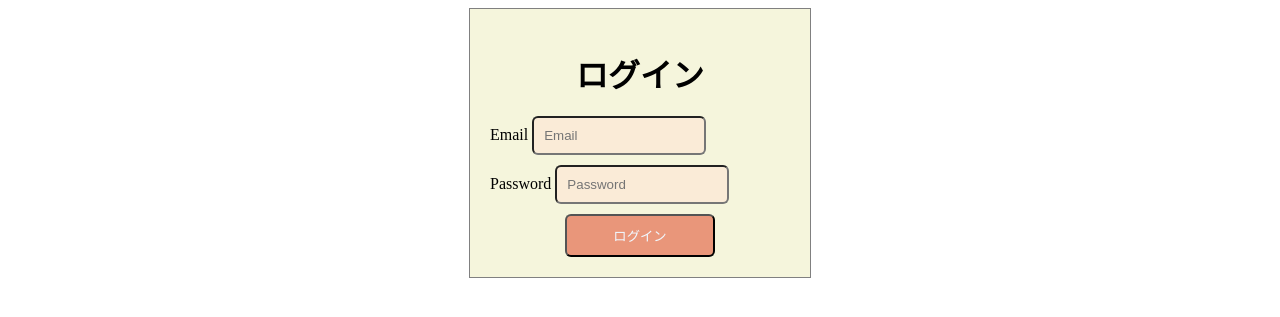
Repository: Jutta197/blog_0815
Page: src/main/resources/static/login.html
An editor plug-in stored every save of this project. The page is shown before and after the next save, followed by the edit.
The browser window is 1280 px wide. The pictures show the whole page.

Above is the page before, as saved 2023-08-15 11:28:03.

After the next save:
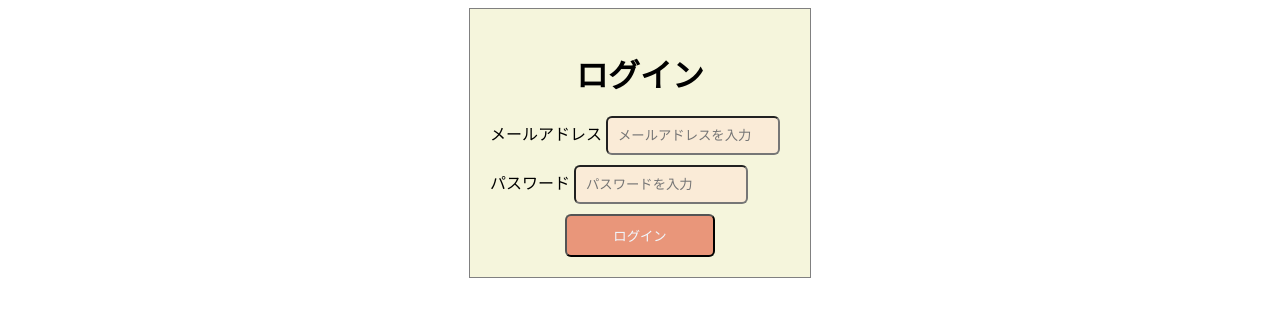
Saved 45 min 4 s later.
--- a/src/main/resources/static/login.html
+++ b/src/main/resources/static/login.html
@@ -1,10 +1,11 @@
 <!DOCTYPE html>
-<html lang="en">
+<html lang="ja">
 
 <head>
     <meta charset="UTF-8">
     <meta name="viewport" content="width=device-width, initial-scale=1.0">
-    <title>LOGIN</title>
+    <title>ログイン</title>
+    <link rel="stylesheet" href="login.css">
     <link rel="stylesheet" href="login.css">
 </head>
 
@@ -12,14 +13,13 @@
     <div class="container">
         <form action="" method="post">
             <h1>ログイン</h1>
-            <label for="email">Email</label>
-            <input type="text" id="email" name="email" placeholder="Email" required><br>
-            <label for="password">Password</label>
-            <input type="password" id="password" name="password" placeholder="Password"><br>
+            <label for="email">メールアドレス</label>
+            <input type="text" id="email" name="email" placeholder="メールアドレスを入力" required>
+            <label for="password">パスワード</label>
+            <input type="password" id="password" name="password" placeholder="パスワードを入力">
             <input type="submit" value="ログイン" id="submit-button">
         </form>
     </div>
-
 </body>
 
 </html>
